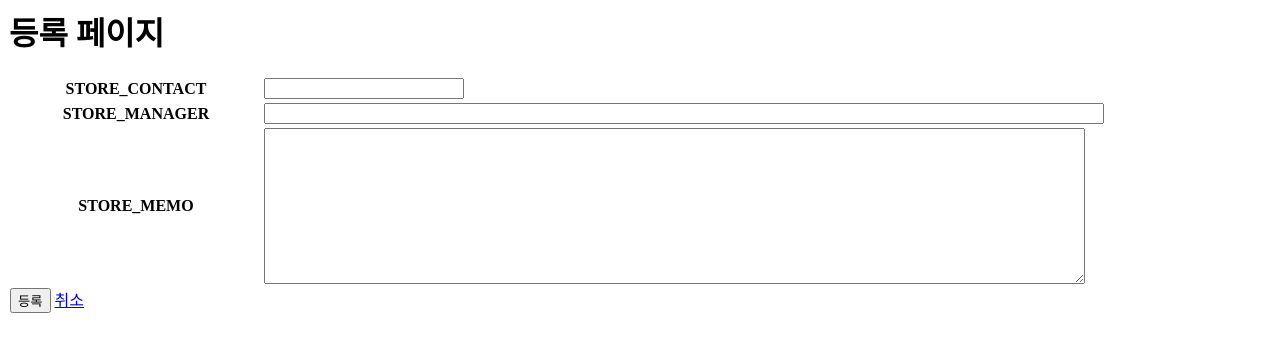
Repository: 2022-kh-final-mothlymoon/moon-back
Page: http://localhost/sellermoon/store/create.jsp
An editor plug-in stored every save of this project. The page is shown before and after the next save, followed by the edit.
The browser window is 1280 px wide. The pictures show the whole page.
The page is served by Tomcat 9.

Above is the page before, as saved 2022-10-20 15:45:59.

After the next save:
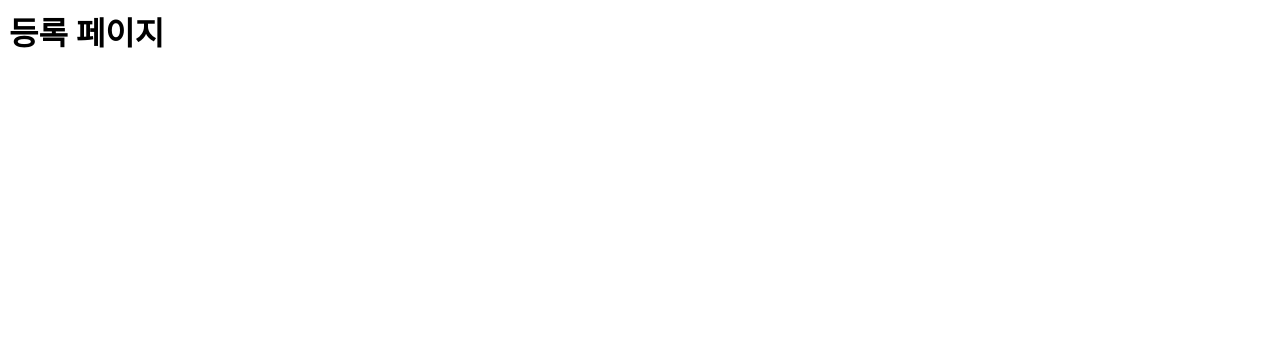
Saved 88 min 0 s later.
--- a/sellermoon/src/main/webapp/store/create.jsp
+++ b/sellermoon/src/main/webapp/store/create.jsp
@@ -9,47 +9,3 @@
 		<h1 class="page-header">등록 페이지</h1>
 	</div>
 </div>
-
-<div class="panel" style="margin-left: 1px;">
-	<div id="contAreaBox">
-		<div class="panel">
-			<div class="panel-body">
-				<form role="form" action="/board/create_action" method="post">
-					<div class="table-responsive" style="text-align: center;">
-						<table id="datatable-scroller"
-							class="table table-bordered tbl_Form">
-							<caption></caption>
-							<colgroup>
-								<col width="250px" />
-								<col />
-							</colgroup>
-							<tbody>
-								<tr>
-									<th class="active">STORE_CONTACT</th>
-									<td class="form-inline"><input type="text"
-										id="STORE_CONTACT" name="STORE_CONTACT" class="form-control"
-										style="width: 200px" /></td>
-								</tr>
-								<tr>
-									<th class="active">STORE_MANAGER</th>
-									<td class="form-inline"><input type="text"
-										id="STORE_MANAGER" name="STORE_MANAGER" class="form-control"
-										style="width: 840px" /></td>
-								</tr>
-								<tr>
-									<th class="active">STORE_MEMO</th>
-									<td class="form-inline"><textarea id="STORE_MEMO"
-											name="STORE_MEMO" cols="100" rows="10" class="form-control"></textarea></td>
-								</tr>
-							</tbody>
-						</table>
-					</div>
-					<div style="margin-left: 1px;">
-						<button type="submit" class="btn btn-primary">등록</button>
-						<a href="/board/list" class="btn btn-danger">취소</a>
-					</div>
-				</form>
-			</div>
-		</div>
-	</div>
-</div>
